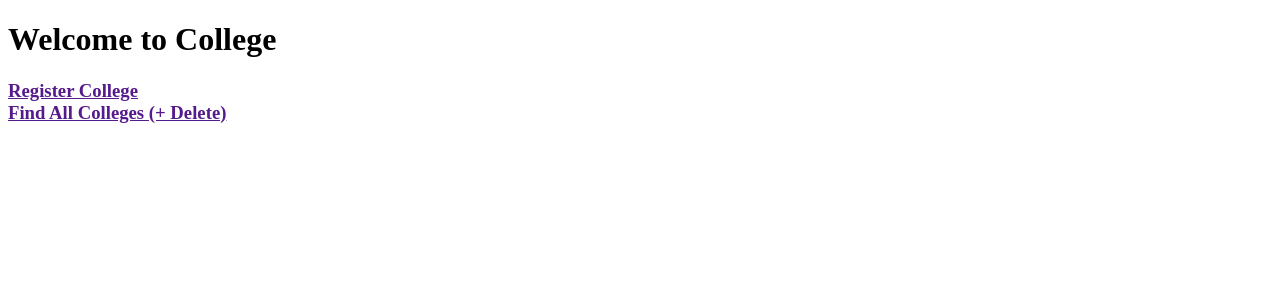
Repository: aamir5773/ServletJsp
Page: http://localhost/ProfessionalCollegee/
An editor plug-in stored every save of this project. The page is shown before and after the next save, followed by the edit.
The browser window is 1280 px wide. The pictures show the whole page.
The page is served by Tomcat 9.

Above is the page before, as saved 2019-11-01 11:01:35.

After the next save:
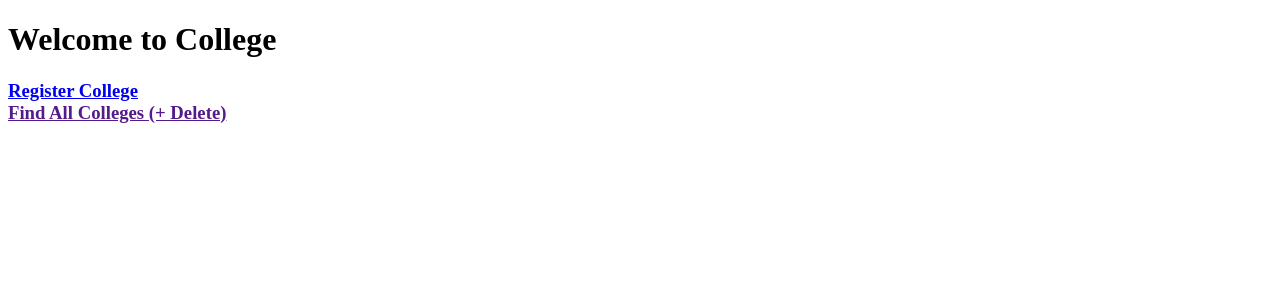
Saved 34 s later.
--- a/ProfessionalCollegee/WebContent/index.jsp
+++ b/ProfessionalCollegee/WebContent/index.jsp
@@ -9,7 +9,7 @@
 <body>
 	<h1>Welcome to College</h1>
 	<h3>
-		<a href=''>Register College</a> <br>
+		<a href='Registercollege.jsp'>Register College</a> <br>
 		<a href=''>Find All Colleges (+ Delete)</a>
 	</h3>
 
